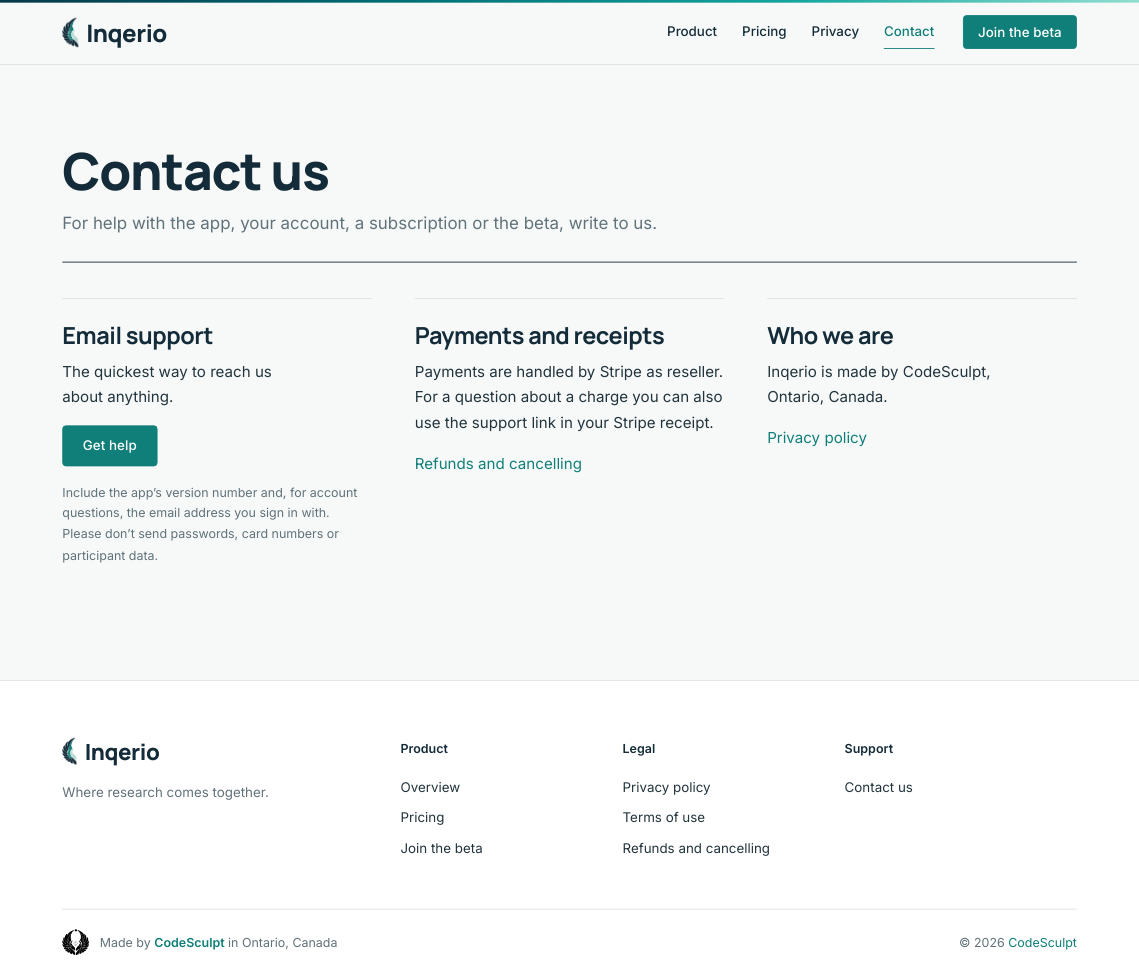
Repository: codesculpt/inqerio-website
Page: site/contact/index.html
The author's editor kept a copy of each file at every save. The page is drawn from the files as they stood at one save, then again after the next save.
The browser window is 1280 px wide. The pictures show the whole page, at 89% of full size.

Above is the page before, as saved 2026-10-20 18:43:41.

After the next save:
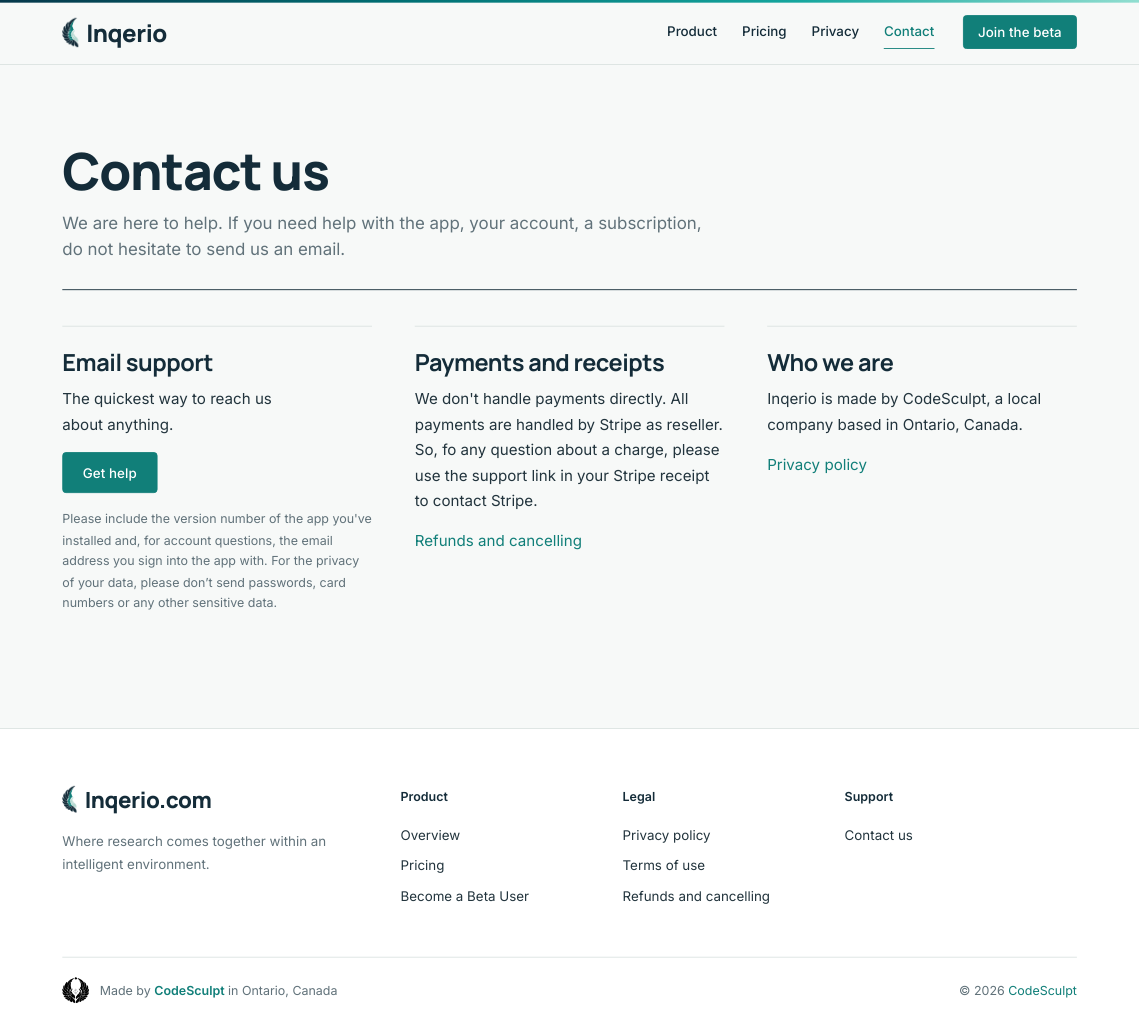
Saved 6 min 9 s later.
--- a/site/contact/index.html
+++ b/site/contact/index.html
@@ -43,7 +43,7 @@
 
 <section class="page-head"><div class="wrap">
     <h1>Contact us</h1>
-    <p class="lead">For help with the app, your account, a subscription or the beta, write to us.</p>
+    <p class="lead">We are here to help. If you need help with the app, your account, a subscription, do not hesitate to send us an email.</p>
   </div></section>
 <section class="section section-tight">
   <div class="wrap">
@@ -52,16 +52,16 @@
         <h2>Email support</h2>
         <p>The quickest way to reach us about anything.</p>
         <p><a class="btn" href="mailto:support@inqerio.com">Get help</a></p>
-        <p class="small">Include the app’s version number and, for account questions, the email address you sign in with. Please don’t send passwords, card numbers or participant data.</p>
+        <p class="small">Please include the version number of the app you've installed and, for account questions, the email address you sign into the app with. For the privacy of your data, please don’t send passwords, card numbers or any other sensitive data.</p>
       </div>
       <div>
         <h2>Payments and receipts</h2>
-        <p>Payments are handled by Stripe as reseller. For a question about a charge you can also use the support link in your Stripe receipt.</p>
+        <p>We don't handle payments directly. All payments are handled by Stripe as reseller. So, fo any question about a charge, please use the support link in your Stripe receipt to contact Stripe.</p>
         <p><a href="../refunds/">Refunds and cancelling</a></p>
       </div>
       <div>
         <h2>Who we are</h2>
-        <p>Inqerio is made by CodeSculpt, Ontario, Canada.</p>
+        <p>Inqerio is made by CodeSculpt, a local company based in Ontario, Canada.</p>
         <p><a href="../privacy/">Privacy policy</a></p>
       </div>
     </div>
@@ -74,15 +74,15 @@
       <div class="foot-brand">
         <a class="brand" href="../">
           <img src="../assets/brand/mark-colour.png" alt="" width="19" height="35">
-          <span class="wordmark">Inqerio</span>
+          <span class="wordmark">Inqerio.com</span>
         </a>
-        <p class="foot-tag">Where research comes together.</p>
+        <p class="foot-tag">Where research comes together within an intelligent environment.</p>
       </div>
       <nav aria-label="Product">
         <h2>Product</h2>
         <a href="../">Overview</a>
         <a href="../pricing/">Pricing</a>
-        <a href="mailto:support@inqerio.com?subject=Inqerio%20beta">Join the beta</a>
+        <a href="mailto:support@inqerio.com?subject=Inqerio%20beta">Become a Beta User</a>
       </nav>
       <nav aria-label="Legal">
         <h2>Legal</h2>
